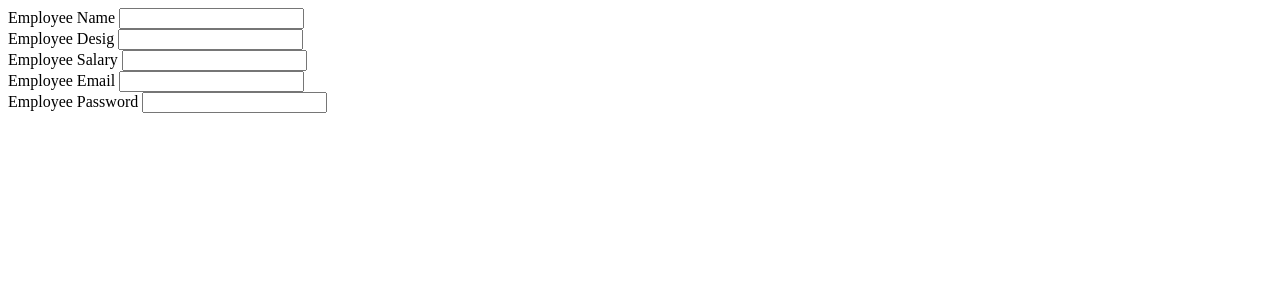
Repository: mohanraj2593/Spring
Page: http://localhost/Crud3/addEmployee.jsp
The author's editor kept a copy of each file at every save. The page is drawn from the files as they stood at one save, then again after the next save.
The browser window is 1280 px wide. The pictures show the whole page.
The page is served by Tomcat 10. Other server files are loaded and not shown.

Above is the page before, as saved 2024-10-19 14:10:12.

### Crud3/src/main/webapp/addEmployee.jsp
<%@ page language="java" contentType="text/html; charset=UTF-8"
    pageEncoding="UTF-8"%>
<!DOCTYPE html>
<html>
<head>
<meta charset="UTF-8">
<title>Insert title here</title>
</head>
<body>
<form>
Employee Name <input type="text" name="empname"><br>
Employee Desig <input type="text" name="desig"><br>
Employee Salary <input type="number" name="salary"><br>
Employee Email <input type="text" name="email"><br>
Employee Password <input type="password" name="password"><br>
</form>
</body>
</html>

After the next save:
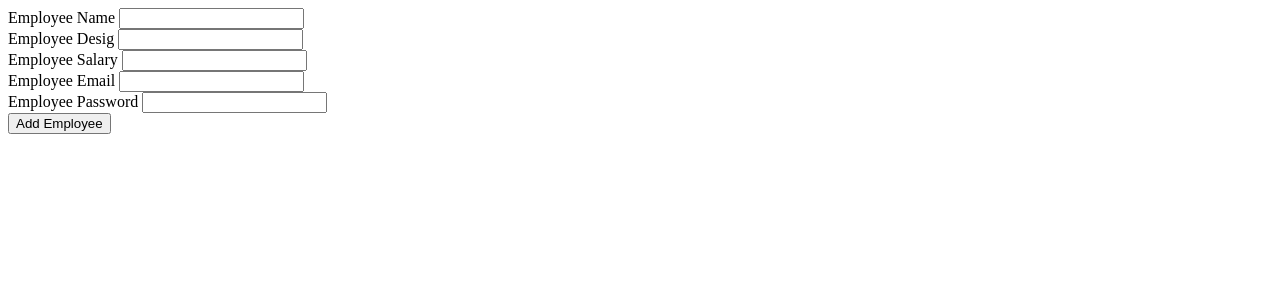
Saved 31 s later.
--- a/Crud3/src/main/webapp/addEmployee.jsp
+++ b/Crud3/src/main/webapp/addEmployee.jsp
@@ -13,6 +13,7 @@ Employee Desig <input type="text" name="desig"><br>
 Employee Salary <input type="number" name="salary"><br>
 Employee Email <input type="text" name="email"><br>
 Employee Password <input type="password" name="password"><br>
+<input type="submit" value="Add Employee">
 </form>
 </body>
 </html>
